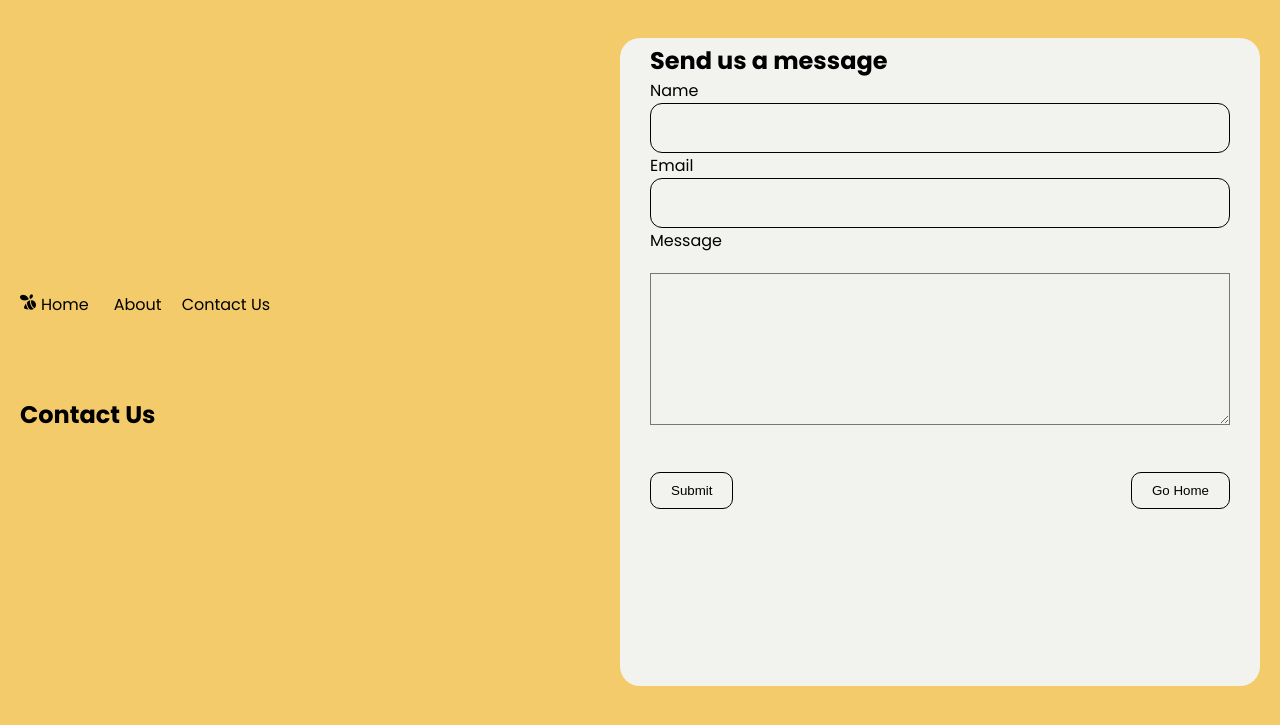
Repository: ble-syn/Random-user-generator-app
Page: /contact
The author's editor kept a copy of each file at every save. The page is drawn from the files as they stood at one save, then again after the next save.
The browser window is 1280 px wide. The pictures show the whole page.
The project was rebuilt for these pictures with package versions that can differ from the ones it lists, and the page was loaded fresh each time. Also part of the build but not shown: src/components/pagination.jsx, src/components/User.jsx, src/pages/Home.jsx, src/components/ErrorFallback.jsx, src/pages/About.jsx, src/pages/NotFound.jsx, src/pages/Mission.jsx, src/pages/Vision.jsx.

Above is the page before, as saved 2022-10-28 22:22:47.

After the next save:
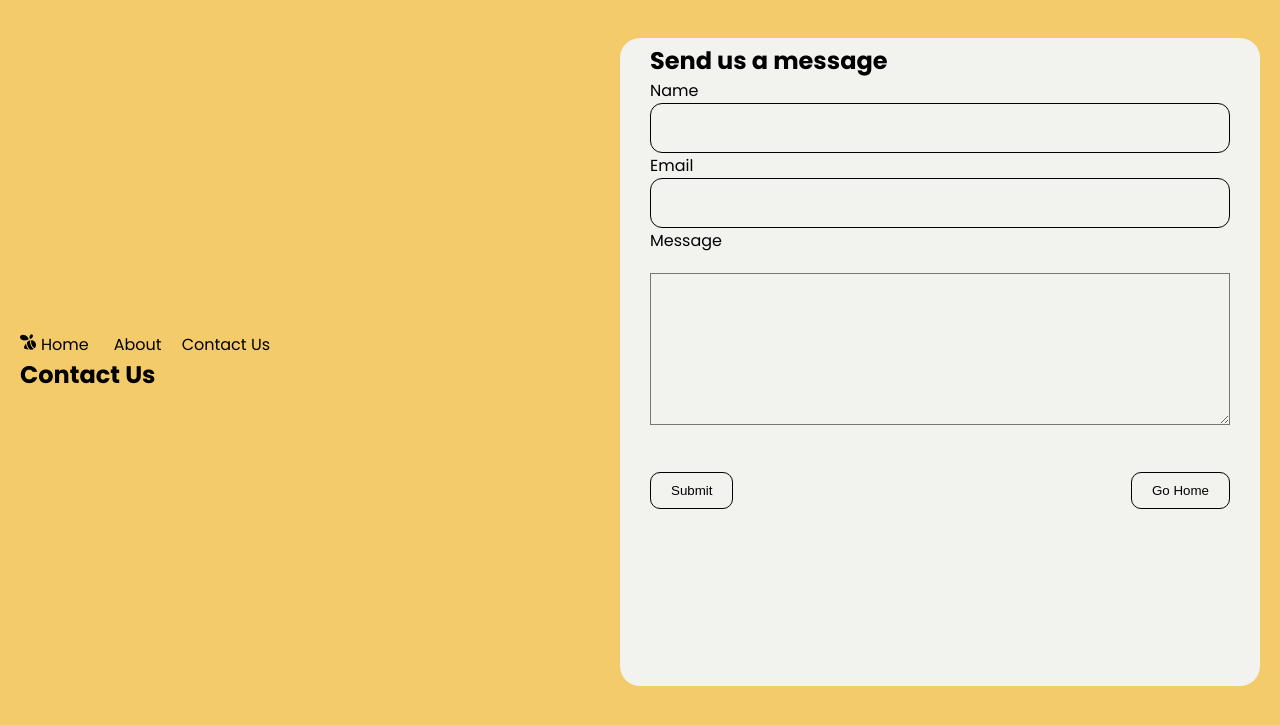
Saved 25 s later.
--- a/src/index.css
+++ b/src/index.css
@@ -33,7 +33,7 @@ button {
 nav {
   display: flex;
   justify-content: first baseline;
-  margin-bottom: 80px;
+  /* margin-bottom: 80px; */
 }
 .logo{
   margin-right: 5px;
